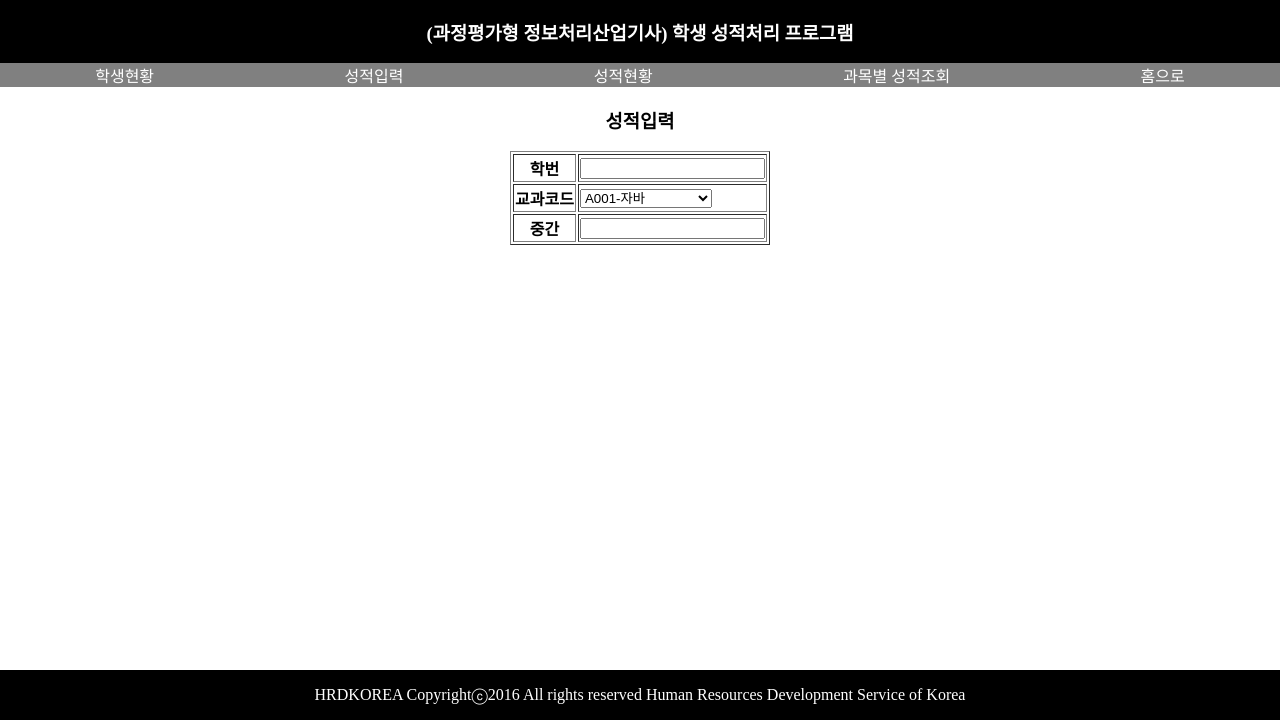
Repository: junjuny0227/jsp
Page: http://localhost/HRD_02/sub2.jsp
An editor plug-in stored every save of this project. The page is shown before and after the next save, followed by the edit.
The browser window is 1280 px wide. The pictures show the whole page.
The page is served by Tomcat 9.

Above is the page before, as saved 2025-05-16 05:44:47.

After the next save:
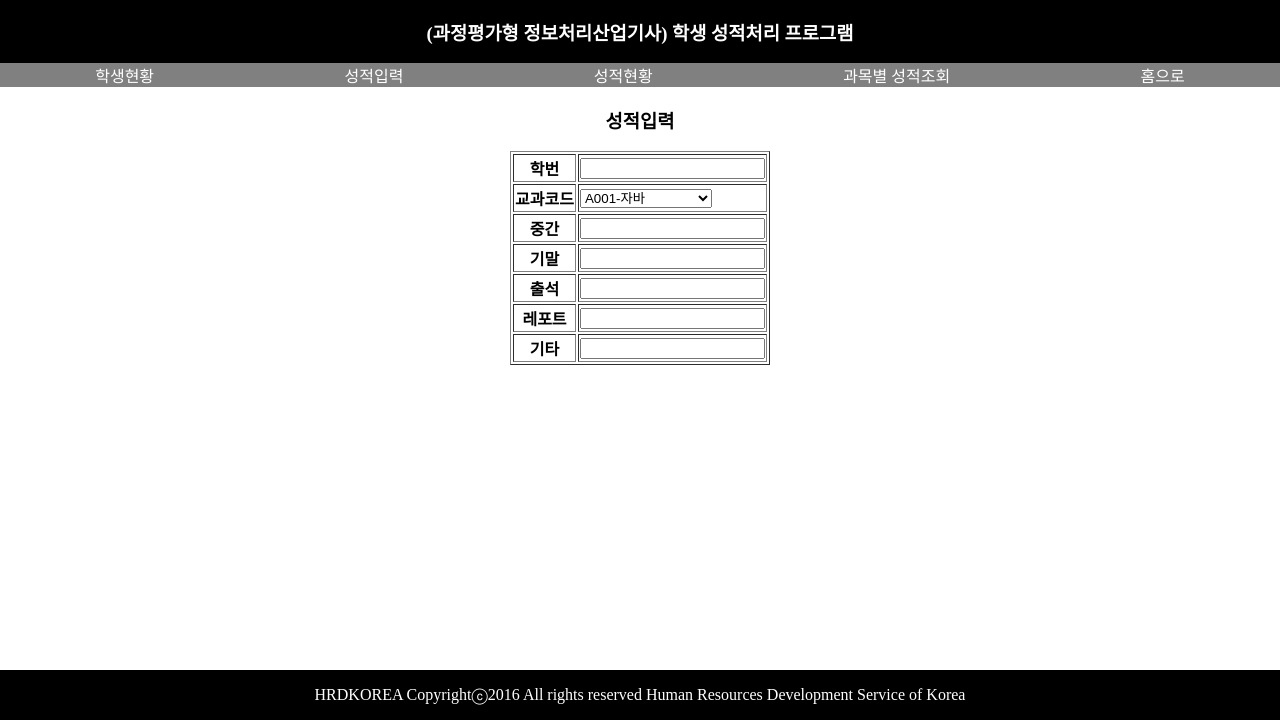
Saved 2 min 10 s later.
--- a/HRD_02/src/main/webapp/sub2.jsp
+++ b/HRD_02/src/main/webapp/sub2.jsp
@@ -49,6 +49,30 @@ pageEncoding="UTF-8"%>
       				<input type="number" name="midScore">
       			</td>
       		</tr>
+      		<tr>
+      			<th>기말</th>
+      			<td>
+      				<input type="number" name="finalScore">
+      			</td>
+      		</tr>
+      		<tr>
+      			<th>출석</th>
+      			<td>
+      				<input type="number" name="attend">
+      			</td>
+      		</tr>
+      		<tr>
+      			<th>레포트</th>
+      			<td>
+      				<input type="number" name="report">
+      			</td>
+      		</tr>
+      		<tr>
+      			<th>기타</th>
+      			<td>
+      				<input type="number" name="etc">
+      			</td>
+      		</tr>
       	</table>
       </form>
     </section>
